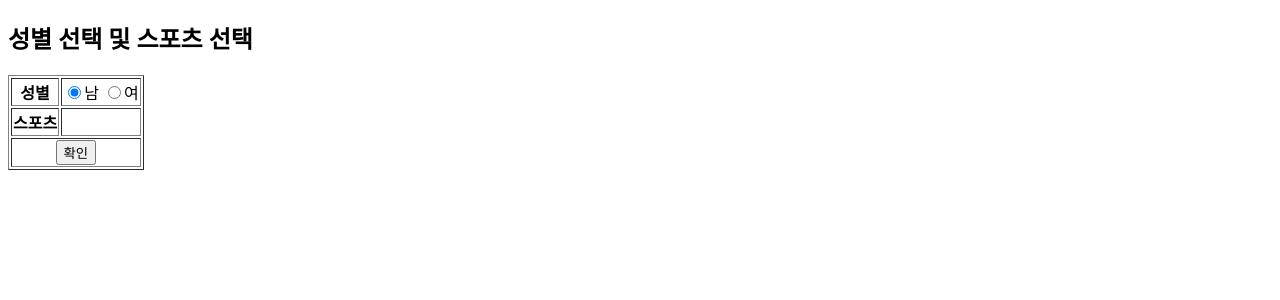
Repository: tnalss/studyWeb
Page: workspace/servlet01/src/main/webapp/choice.html
These files come from the project's save history. The page is drawn as it stood at one moment and after the next save; the edit follows.
The browser window is 1280 px wide. The pictures show the whole page.

Above is the page before, as saved 2022-11-10 03:28:57.

### workspace/servlet01/src/main/webapp/choice.html
<!DOCTYPE html>
<html>
<head>
<meta charset="UTF-8">
<title>Insert title here</title>
</head>
<body>
	<h2>성별 선택 및 스포츠 선택</h2>

	<form action="" method='post'>

		<table border='1'>
			<tr>
				<th>성별</th>
				<td><input type="radio" name='gender' value='M' checked />남 <input
					type="radio" name='gender' value='F'/>여</td>
			</tr>
			<tr>
				<th>스포츠</th>
				<td></td>
			</tr>

			<tr>
				<th colspan='2'><input type="submit" value='확인' /></th>
			</tr>


		</table>




	</form>


</body>
</html>

After the next save:
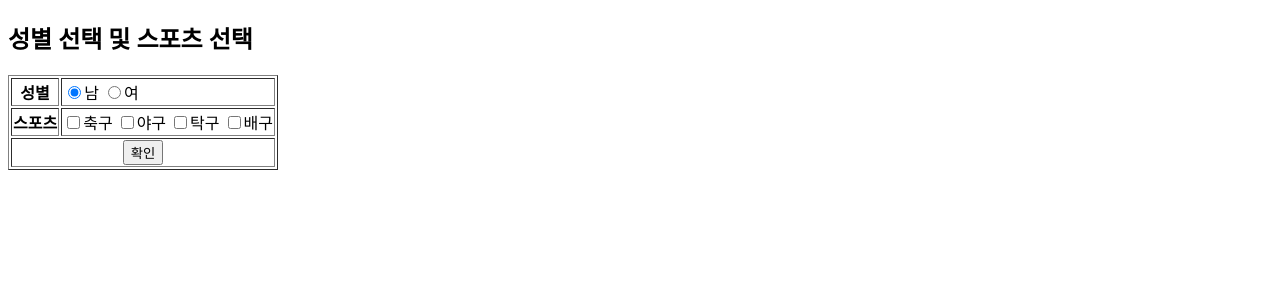
Saved 80 s later.
--- a/workspace/servlet01/src/main/webapp/choice.html
+++ b/workspace/servlet01/src/main/webapp/choice.html
@@ -17,7 +17,12 @@
 			</tr>
 			<tr>
 				<th>스포츠</th>
-				<td></td>
+				<td>
+				<input type="checkbox" name='sports' value='' />축구
+				<input type="checkbox" name='sports' value=''/>야구
+				<input type="checkbox" name='sports' value=''/>탁구
+				<input type="checkbox" name='sports' value=''/>배구
+				</td>
 			</tr>
 
 			<tr>
